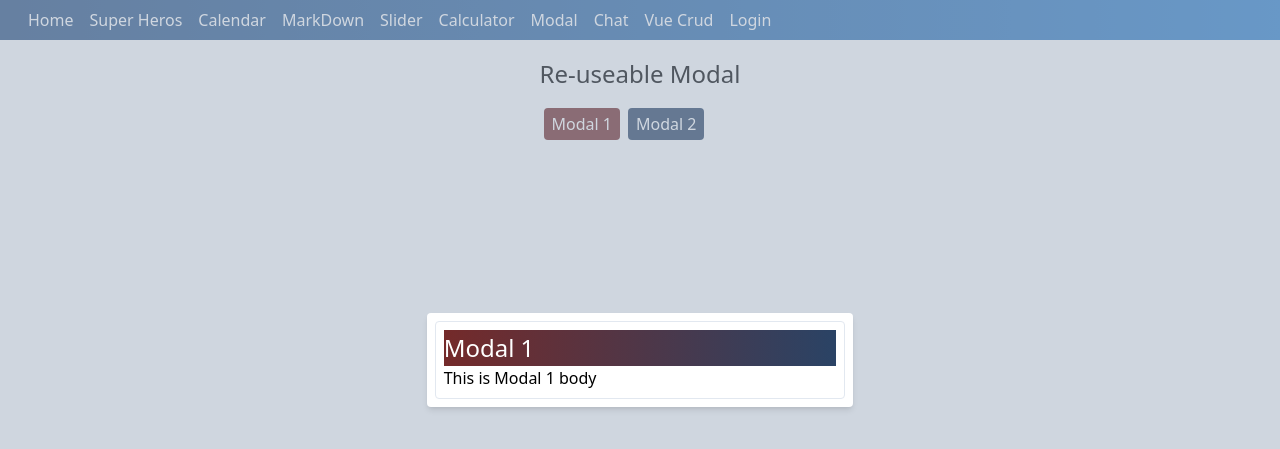
Repository: kshvkndl/VueFullCoursePractice
Page: /reusable-modal, after clicking the first element matching `button.bg-red-900`
These files come from the project's save history. The page is drawn as it stood at one moment and after the next save; the edit follows.
The browser window is 1280 px wide. The pictures show the whole page.
The page's requests for data from a server got no answer. The project was rebuilt for these pictures with package versions that can differ from the ones it lists, and the page was loaded fresh each time. No one was signed in, and anything a server would have sent is missing. Also part of the build but not shown: src/components/login/GoogleLogin.vue, src/pages/SuperHeros.vue, src/pages/Calender.vue, src/pages/Home.vue, src/utilities/composition/useDebounce.js, src/pages/MarkDown.vue, src/pages/Slider.vue, src/utilities/composition/useWindowEvent.js and 4 more.

Above is the page before, as saved 2020-11-26 17:34:18.

### src/main.js
import { createApp } from 'vue'
import App from './App.vue'
import './assets/style.css'
import router from './router'
import store from './store/index'

const app = createApp(App);
app.use(router);
app.use(store);
app.mount('#app');

### src/App.vue
<template>
  <AppHeader></AppHeader>
  <div class="w-full flex">
    <router-view></router-view>
  </div>
  <LoginModal></LoginModal>
  <calculator></calculator>
</template>

<script>
import AppHeader from "@/components/AppHeader";
import LoginModal from "@/components/LoginModal";
import firebase from "@/utilities/firebase";

export default {
  mounted() {
    firebase.auth().onAuthStateChanged((user) => {
      if (user) {
        this.$store.commit("setIsLoggedIn", true);
        this.$store.commit("setAuthUser", user);

        // User is signed in, see docs for a list of available properties
        // https://firebase.google.com/docs/reference/js/firebase.User

        // ...
      } else {
        // User is signed out
        // ...
        this.$store.commit("setIsLoggedIn", false);
        this.$store.commit("setAuthUser", {});
      }
    });
  },
  components: { AppHeader, LoginModal },
};
</script>

### src/router.js
import { createRouter, createWebHistory } from 'vue-router';
import SuperHeros from '@/pages/SuperHeros'
import Calender from '@/pages/Calender'
import Home from '@/pages/Home'
import MarkDown from '@/pages/MarkDown'
import Slider from '@/pages/Slider'
import Calculator from '@/pages/Calculator'
import ReusableModal from '@/pages/ReusableModal'
import Chat from '@/pages/Chat'
import store from './store/index'

import UserCrud from '@/pages/UserCrud'

const routes = [
    { path: '/', component: Home },
    { path: '/super-heros', component: SuperHeros },
    { path: '/calendar', component: Calender },
    { path: '/markdown', component: MarkDown },
    { path: '/slider-carousel', component: Slider },
    { path: '/calculator', component: Calculator, meta: { middleware: 'auth' }, },
    { path: '/reusable-modal', component: ReusableModal },
    {
        path: '/chat',
        component: Chat,
        meta: { middleware: 'auth' },
    },
    { path: '/vue-crud', component: UserCrud },
]

const router = createRouter({
    history: createWebHistory(),
    routes,
});

router.beforeEach((to, _, next) => {
    if (to.meta.middleware) {
        const middleware = require(`./middleware/${to.meta.middleware}`);
        if (middleware) {
            middleware.default(next, store);
        } else {
            next();
        }
    } else {
        next();
    }
});

export default router;

### src/store/index.js
import { createStore } from 'vuex';

const store = createStore({
    state() {
        return {
            isLoggedIn: false,
            authUser: {},
            isLoginOpen: false,
        }
    },

    mutations: {
        setIsLoggedIn(state, payload) {
            state.isLoggedIn = payload;
        },

        setAuthUser(state, payload) {
            state.authUser = payload;
        },
        setLoginModal(state, payload) {
            state.isLoginOpen = payload;
        }
    }
})

export default store;

### src/components/AppHeader.vue
<template>
  <nav
    class="w-full bg-gradient-to-r from-blue-800 to-blue-600 text-white px-5 py-2"
  >
    <router-link
      class="mx-2"
      v-for="item in list"
      :key="item.to"
      :to="item.to"
      >{{ item.title }}</router-link
    >
    <button v-if="isLoggedIn" class="mx-2" @click="logout">Logout</button>
    <button class="mx-2" v-else @click="openLogin">Login</button>
  </nav>
</template>


<script>
import firebase from "@/utilities/firebase";

export default {
  data() {
    return {
      list: [
        { title: "Home", to: "/" },
        { title: "Super Heros", to: "/super-heros" },
        { title: "Calendar", to: "/calendar" },
        { title: "MarkDown", to: "/markdown" },
        { title: "Slider", to: "/slider-carousel" },
        { title: "Calculator", to: "/calculator" },
        { title: "Modal", to: "/reusable-modal" },
        { title: "Chat", to: "/chat" },
        { title: "Vue Crud", to: "/vue-crud" },
      ],
    };
  },

  computed: {
    isLoggedIn() {
      return this.$store.state.isLoggedIn;
    },
  },

  methods: {
    logout() {
      firebase.auth().signOut();
      // .then((res) => {})
      // .catch((e) => {});
    },
    openLogin() {
      this.$store.commit("setLoginModal", true);
    },
  },
};
</script>

### src/components/LoginModal.vue
<template>
  <div v-if="isLoginOpen">
    <section
      @click="closeModal"
      class="h-screen w-screen bg-gray-500 fixed top-0 opacity-50 z-10"
    ></section>
    <div class="absolute inset-0">
      <div class="flex h-full">
        <div class="z-20 m-auto bg-white p-2 rounded shadow-md w-1/3">
          <div class="p-2 border rounded">
            <h1 class="text-center text-xl">Login Form</h1>
            <GoogleLogin @close-modal-from-google="closeModal"></GoogleLogin>

            <form class="p-2 m-2" @submit.prevent="submitLogin">
              <div class="my-4">
                <label for="">Email or Username</label>
                <input
                  type="text"
                  class="rounded shadow p-2 w-full"
                  v-model="loginForm.email"
                  placeholder="Enter Your Email or User Name"
                  ref="emailRef"
                />
              </div>
              <div class="my-4">
                <label for="">Password</label>
                <input
                  type="Password"
                  class="rounded shadow p-2 w-full"
                  v-model="loginForm.password"
                  placeholder="Enter Your Password"
                  ref="passwordRef"
                />
              </div>
              <div class="my-4">
                <button
                  type="submit"
                  class="w-full rounded shadow-md bg-gradient-to-r from-red-800 to-pink-800 text-white p-2"
                >
                  <span v-if="isLoading"> <b>...</b> </span>
                  <span v-else>Login</span>
                </button>
              </div>
            </form>
          </div>
        </div>
      </div>
    </div>
  </div>
</template>

<script>
import firebase from "@/utilities/firebase";
import GoogleLogin from "@/components/login/GoogleLogin";

export default {
  components: { GoogleLogin },

  computed: {
    isLoginOpen() {
      return this.$store.state.isLoginOpen;
    },
  },
  data() {
    return {
      loginForm: {
        email: "admin@admin.com",
        password: "admin@123",
      },
      isLoading: false,
    };
  },

  mounted() {
    // this.$refs.emailRef.focus();
  },

  methods: {
    submitLogin() {
      this.isLoading = true;
      firebase
        .auth()
        .signInWithEmailAndPassword(
          this.loginForm.email,
          this.loginForm.password
        )
        .then(() => {
          this.isLoading = false;
          this.loginForm.email = "";
          this.loginForm.password = "";
          this.closeModal();
        })
        .catch(() => {
          this.isLoading = false;
        });
    },
    closeModal() {
      this.$store.commit("setLoginModal", false);
    },
  },
};
</script>

### src/utilities/firebase.js
import firebase from "firebase/app";
import "firebase/auth";
import "firebase/database";

//Initialize Firebase in your app:
const firebaseConfig = {
    apiKey: "AIzaSyDjvIW3oj4Y3b7An_zw7nLTcy3s7ri5iV8",
    authDomain: "vue3-10hr-course.firebaseapp.com",
    databaseURL: "https://vue3-10hr-course.firebaseio.com",
    projectId: "vue3-10hr-course",
    storageBucket: "vue3-10hr-course.appspot.com",
    messagingSenderId: "142849199726",
    appId: "1:142849199726:web:1e3863fc8388efd1ade07f"
};

// Initialize Firebase
firebase.initializeApp(firebaseConfig);

const db = firebase.database();
export const chatsRef = db.ref("chats");

export default firebase;

### src/pages/ReusableModal.vue
<template>
  <section class="flex w-full">
    <div class="m-auto">
      <h1 class="text-2xl my-4 text-center">Re-useable Modal</h1>
      <Modal v-if="isModal1Open" @close-modal="isModal1Open = false">
        <template #title>
          <h2>Modal 1</h2>
        </template>
        <template #body>
          <h2>This is Modal 1 body</h2>
        </template>
      </Modal>
      <Modal v-if="isModal2Open" @close-modal="isModal2Open = false">
        <template #title>
          <h2>Modal 2</h2>
        </template>
        <template #body>
          <h2>This is Modal 2 body</h2>
        </template>
      </Modal>
      <button
        @click="isModal1Open = true"
        class="bg-red-900 px-2 py-1 text-white rounded mx-1"
      >
        Modal 1
      </button>
      <button
        @click="isModal2Open = true"
        class="bg-blue-900 px-2 py-1 text-white rounded mx-1"
      >
        Modal 2
      </button>
    </div>
  </section>
</template>

<script>
import Modal from "@/components/Modal";
import { ref } from "vue";
export default {
  components: { Modal },
  setup() {
    const isModal1Open = ref(false);
    const isModal2Open = ref(false);

    return { isModal1Open, isModal2Open };
  },
};
</script>

### src/components/Modal.vue
<template>
  <section
    @click="close"
    class="h-screen w-screen bg-gray-500 fixed top-0 left-0 opacity-50 z-10"
  ></section>
  <div class="absolute inset-0">
    <div class="flex h-full">
      <div class="z-20 m-auto bg-white p-2 rounded shadow-md w-1/3">
        <div class="p-2 border rounded">
          <div class="bg-gradient-to-r from-red-900 to-blue-900 text-white">
            <h1 class="text-2xl">
              <slot name="title"> </slot>
            </h1>
          </div>

          <main>
            <slot name="body"> </slot>
          </main>
        </div>
      </div>
    </div>
  </div>
</template>

<script>
export default {
  setup(_, { emit }) {
    function close() {
      emit("close-modal");
    }

    return { close };
  },
};
</script>

Loaded but not shown: public/index.html (common file); src/assets/style.css (common file); tailwind.config.js (common file)

After the next save:
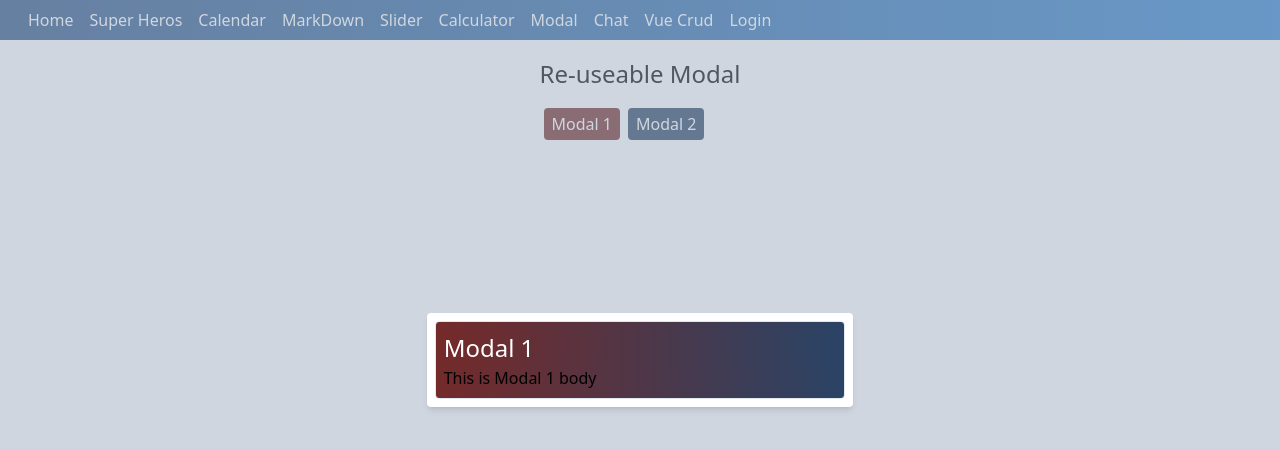
Saved 16 s later.
--- a/src/components/Modal.vue
+++ b/src/components/Modal.vue
@@ -6,7 +6,9 @@
   <div class="absolute inset-0">
     <div class="flex h-full">
       <div class="z-20 m-auto bg-white p-2 rounded shadow-md w-1/3">
-        <div class="p-2 border rounded">
+        <div
+          class="p-2 border rounded bg-gradient-to-r from-red-900 to-blue-900"
+        >
           <div class="bg-gradient-to-r from-red-900 to-blue-900 text-white">
             <h1 class="text-2xl">
               <slot name="title"> </slot>

After the 2 saves that followed:
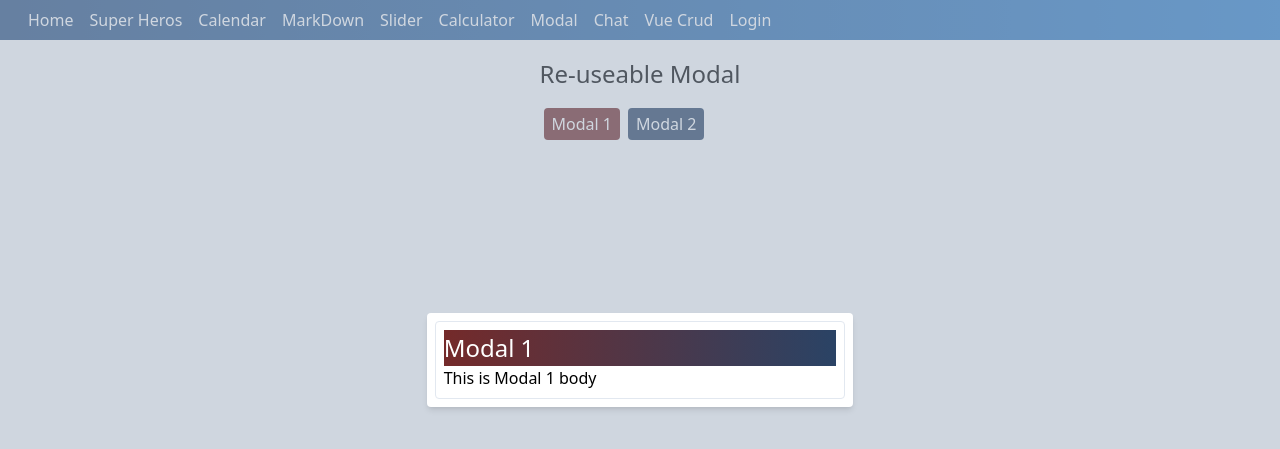
The 2 saves are shown as one change because 1 left the picture as it was.
The last was saved 37 s later.
--- a/src/components/Modal.vue
+++ b/src/components/Modal.vue
@@ -6,10 +6,10 @@
   <div class="absolute inset-0">
     <div class="flex h-full">
       <div class="z-20 m-auto bg-white p-2 rounded shadow-md w-1/3">
-        <div
-          class="p-2 border rounded bg-gradient-to-r from-red-900 to-blue-900"
-        >
-          <div class="bg-gradient-to-r from-red-900 to-blue-900 text-white">
+        <div class="p-2 border rounded">
+          <div
+            class="bg-gradient-to-r from-red-900 to-blue-900 text-white w-full"
+          >
             <h1 class="text-2xl">
               <slot name="title"> </slot>
             </h1>
